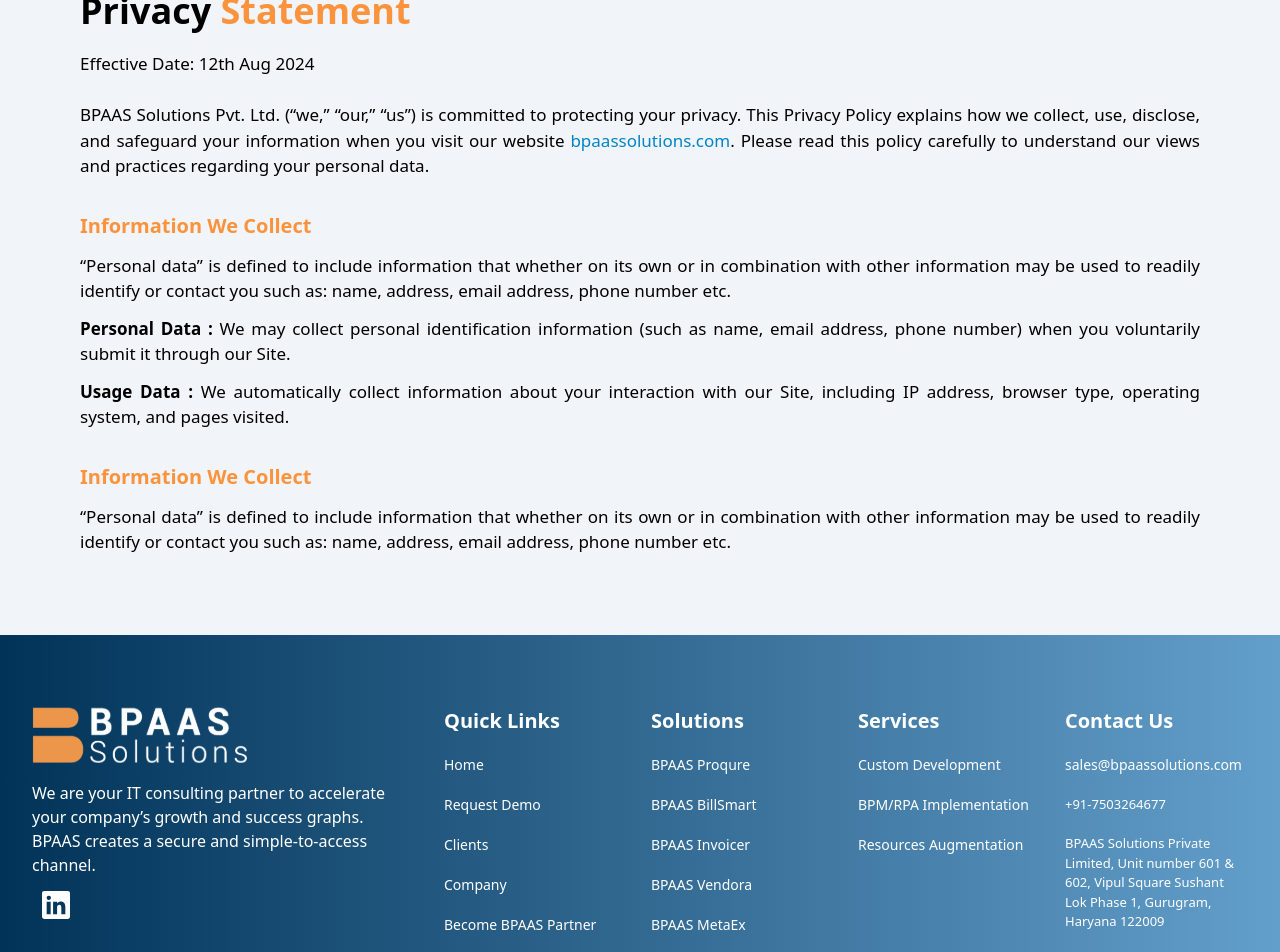
Repository: captainalpha/BP-Website
Page: /services/bp-services
The author's editor kept a copy of each file at every save. The page is drawn from the files as they stood at one save, then again after the next save.
The browser window is 1280 px wide. The pictures show the part of the page from y = 745 to 1697 px (the page is 1927 px tall).
The project was rebuilt for these pictures with package versions that can differ from the ones it lists, and the page was loaded fresh each time. The framework's server and built-in components were replaced by stand-ins that run in the browser. Also part of the build but not shown: next.config.js, components/common/TopBanner.js, components/common/SectionHeader.js.

Above is the page before, as saved 2024-08-13 15:30:45.

### pages/_app.js
import Navbar from "../components/common/Navbar";
import "../styles/globals.css";
import Footer from "../components/common/Footer";

import "swiper/css";
import "swiper/css/navigation";
import "swiper/css/pagination";



import { motion, AnimatePresence } from "framer-motion";
import CookiesMain from "../components/common/CookiesMain";

// import styles from './slider.module.scss'
function MyApp({ Component, pageProps, router }) {
  const spring = {
    type: "spring",
    damping: 20,
    stiffness: 100,
    when: "afterChildren",
  };
  return (
    <>
      <div className="z-50 scroll-smooth">
        <Navbar />
      </div>
      <AnimatePresence>
        <div className="page-transition-wrapper">
          <motion.div
            transition={spring}
            key={router.pathname}
            initial={{ y: -300, opacity: 0 }}
            animate={{ y: 0, opacity: 1 }}
            exit={{ y: 300, opacity: 0 }}
            id="page-transition-container"
          >
            <Component {...pageProps} /> <Footer />{" "}
            <CookiesMain/>
          </motion.div>
        </div>
      </AnimatePresence>
    </>
  );
}

export default MyApp;

### pages/services/bp-services.js
import TopBanner from "../../components/common/TopBanner";
import SectionHeader from "../../components/common/SectionHeader";
import TopBanner2 from "../../components/common/TopBanner2";
import Image from "next/image";
import Link from "next/link";

function BpServices() {
  return (
    <div>
      <div className="relative">
        <TopBanner2
          image={"/images/policy-service2.jpg"}
          title="Privacy Policy"
          discription="This Privacy Policy explains how we collect, use, disclose, and safeguard your information when you visit our website."
          btnShow={false}
        />
        <div className="absolute top-[1em] right-[10em]">
          <Image
            src="/images/privacypolicy2.png"
            className="w-1/2 mx-auto"
            width="500"
            height="500"
            alt="customer-developement"
          />
        </div>
      </div>

      <div className=" bg-slate-100  p-[5em]">
        <div className="container mx-auto max-w-6xl">
          <div className="text-left">
            <h1 className="lg:text-4xl text-3xl font-bold capitalize ">
              <span>Privacy</span>{" "}
              <span className="text-[#fb923c]">Statement</span>
            </h1>
          </div>
          <div className="mt-5">
            <p className="text-[17px] text-justify">
              Effective Date: 12th Aug 2024 <br />
              <br /> BPAAS Solutions Pvt. Ltd. (&ldquo;we,&rdquo;
              &ldquo;our,&rdquo; &ldquo;us&rdquo;) is committed to protecting
              your privacy. This Privacy Policy explains how we collect, use,
              disclose, and safeguard your information when you visit our
              website&nbsp;
              <Link passHref href="/">
                <a className="text-sky-600 hover:text-[#fb923c]">
                  bpaassolutions.com
                </a>
              </Link>
              . Please read this policy carefully to understand our views and
              practices regarding your personal data.
            </p>
          </div>
          <div className="mt-[2em]">
            <h1 className="text-[20px] font-bold text-[#fb923c]">
              Information We Collect
            </h1>
            <p className="text-[17px] text-justify mt-3">
              &ldquo;Personal data&rdquo; is defined to include information that
              whether on its own or in combination with other information may be
              used to readily identify or contact you such as: name, address,
              email address, phone number etc.
            </p>
            <p className="text-[17px] text-justify mt-3">
              <b>Personal Data :</b> We may collect personal identification information
              (such as name, email address, phone number) when you voluntarily
              submit it through our Site.
            </p>
            <p className="text-[17px] text-justify mt-3">
              <b>Usage Data :</b> We automatically collect
              information about your interaction with our Site, including IP
              address, browser type, operating system, and pages visited.
            </p>
          </div>

          <div className="mt-[2em]">
            <h1 className="text-[20px] font-bold text-[#fb923c]">
              Information We Collect
            </h1>
            <p className="text-[17px] text-justify mt-3">
              &ldquo;Personal data&rdquo; is defined to include information that
              whether on its own or in combination with other information may be
              used to readily identify or contact you such as: name, address,
              email address, phone number etc.
            </p>
          </div>
        </div>
      </div>
    </div>
  );
}

export default BpServices;

### styles/globals.css
@tailwind base;
@tailwind components;
@tailwind utilities;

.mySwiper {
  padding: 0 3rem;
}
.swiper-button-next {
  color: white;
  font-size: 20px !important;
}
.swiper-button-prev {
  color: white;
  font-size: 20px !important;
}
.swiper-button-prev:after {
  color: white;
  font-size: 20px !important;
}
.swiper-button-next:after {
  color: white;
  font-size: 20px !important;
}
.container-bpaas{
  max-width: 1100px;
}

/* .swiper-button-prev {

  background-image: url("data:[embedded picture, 251 characters]");
} */
.swiper-button-prev:after {

  border: 2px solid white;
  border-radius: 30%;
  /* width: 25%; */
  background: #ec964c;
  padding: 20%;
}
/* .swiper-button-next {
  background-image: url("data:[embedded picture, 251 characters]");
} */
.swiper-button-next:after {

  border: 2px solid white;
  border-radius: 30%;
  /* width: 25%; */
  background: #ec964c;
  padding: 20%;
}

@media only screen and (max-width: 600px) {
  .swiper-button-next:after {
    display: none;
  }
}
@media only screen and (max-width: 600px) {
  .swiper-button-prev:after {
    display: none;
  }
}




/*OEM Modal */
@layer utilities {
  @keyframes modalOpen {
    0% {
      clip-path: polygon(0 0, 0 0, 0 100%, 0 100%);
      opacity: 0;
    }
    100% {
      clip-path: polygon(0 0, 100% 0, 100% 100%, 0 100%);
      opacity: 1;
    }
  }

  @keyframes modalClose {
    0% {
      clip-path: polygon(0 0, 100% 0, 100% 100%, 0 100%);
      opacity: 1;
    }
    100% {
      clip-path: polygon(50% 0, 50% 0, 50% 100%, 50% 100%);
      opacity: 0;
    }
  }

  .animate-modalOpen {
    animation: modalOpen 0.5s forwards;
  }

  .animate-modalClose {
    animation: modalClose 0.5s forwards;
  }

  .custom-aspect-ratio {
    box-shadow: rgba(149, 157, 165, 0.2) 0px 8px 24px;
    aspect-ratio: 3 / 2;
  }
}

### components/common/Footer.js
import Image from "next/image";
import Link from "next/link";

export default function Footer() {
  return (
    <footer className=" bg-gradient-to-r from-primary to-secondary text-white p-5 md:p-8">
      <div className="  py-10 ">
        <div className="lg:grid lg:grid-cols-9 gap-5">
          <div className="w-full  lg:col-span-3">
            <div className=" space-y-3">
              <div className="">
                <Image
                  alt=""
                  src={require("../../assets/bpass-logo-white.svg")}
                />
              </div>

              <p className="max-w-sm mt-4 ">
                We are your IT consulting partner to accelerate your company’s
                growth and success graphs. BPAAS creates a secure and
                simple-to-access channel.
              </p>

              <div className="flex mt-4 ">
                <a
                  href="https://www.linkedin.com/company/bpaas-solutions-pvt-ltd/"
                  className="mx-2 "
                  aria-label="Linkden"
                >
                  <svg className="w-8 h-8 fill-current" viewBox="0 0 512 512">
                    <path d="M444.17,32H70.28C49.85,32,32,46.7,32,66.89V441.61C32,461.91,49.85,480,70.28,480H444.06C464.6,480,480,461.79,480,441.61V66.89C480.12,46.7,464.6,32,444.17,32ZM170.87,405.43H106.69V205.88h64.18ZM141,175.54h-.46c-20.54,0-33.84-15.29-33.84-34.43,0-19.49,13.65-34.42,34.65-34.42s33.85,14.82,34.31,34.42C175.65,160.25,162.35,175.54,141,175.54ZM405.43,405.43H341.25V296.32c0-26.14-9.34-44-32.56-44-17.74,0-28.24,12-32.91,23.69-1.75,4.2-2.22,9.92-2.22,15.76V405.43H209.38V205.88h64.18v27.77c9.34-13.3,23.93-32.44,57.88-32.44,42.13,0,74,27.77,74,87.64Z" />
                  </svg>
                </a>

                {/* <a href="/contact-us" className="mx-2 " aria-label="Facebook">
                  <svg className="w-4 h-4 fill-current" viewBox="0 0 512 512">
                    <path d="M455.27,32H56.73A24.74,24.74,0,0,0,32,56.73V455.27A24.74,24.74,0,0,0,56.73,480H256V304H202.45V240H256V189c0-57.86,40.13-89.36,91.82-89.36,24.73,0,51.33,1.86,57.51,2.68v60.43H364.15c-28.12,0-33.48,13.3-33.48,32.9V240h67l-8.75,64H330.67V480h124.6A24.74,24.74,0,0,0,480,455.27V56.73A24.74,24.74,0,0,0,455.27,32Z" />
                  </svg>
                </a>

                <a href="/contact-us" className="mx-2 " aria-label="Twitter">
                  <svg className="w-4 h-4 fill-current" viewBox="0 0 512 512">
                    <path d="M496,109.5a201.8,201.8,0,0,1-56.55,15.3,97.51,97.51,0,0,0,43.33-53.6,197.74,197.74,0,0,1-62.56,23.5A99.14,99.14,0,0,0,348.31,64c-54.42,0-98.46,43.4-98.46,96.9a93.21,93.21,0,0,0,2.54,22.1,280.7,280.7,0,0,1-203-101.3A95.69,95.69,0,0,0,36,130.4C36,164,53.53,193.7,80,211.1A97.5,97.5,0,0,1,35.22,199v1.2c0,47,34,86.1,79,95a100.76,100.76,0,0,1-25.94,3.4,94.38,94.38,0,0,1-18.51-1.8c12.51,38.5,48.92,66.5,92.05,67.3A199.59,199.59,0,0,1,39.5,405.6,203,203,0,0,1,16,404.2,278.68,278.68,0,0,0,166.74,448c181.36,0,280.44-147.7,280.44-275.8,0-4.2-.11-8.4-.31-12.5A198.48,198.48,0,0,0,496,109.5Z" />
                  </svg>
                </a> */}
              </div>
            </div>
          </div>

          <div className="mt-6 lg:mt-0 lg:flex-1 lg:col-span-6">
            <div className="grid grid-cols-2 gap-6 sm:grid-cols-3 md:grid-cols-4">
              <div className="space-y-5">
                <h3 className="text-xl font-bold ">Quick Links</h3>
                <Link passHref href="/">
                  <a className="block  text-sm  hover:underline hover:text-orange">
                    Home
                  </a>
                </Link>

                <Link passHref href="/request-demo">
                  <a className="block  text-sm  hover:underline hover:text-orange">
                    Request Demo
                  </a>
                </Link>
                <Link passHref href="/clients">
                  <a className="block  text-sm  hover:underline hover:text-orange">
                    Clients
                  </a>
                </Link>
                <Link passHref href="/about-us">
                  <a className="block  text-sm  hover:underline hover:text-orange">
                    Company
                  </a>
                </Link>
                <Link passHref href="/become-partner">
                  <a className="block  text-sm  hover:underline hover:text-orange">
                    Become BPAAS Partner
                  </a>
                </Link>
                <Link passHref href="/contact-us">
                  <a className="block  text-sm  hover:underline hover:text-orange">
                    Contact Us
                  </a>
                </Link>
              </div>

              <div className="space-y-5">
                <h3 className="text-xl font-bold">Solutions</h3>
                <Link passHref href="/solutions/bpaas-proqure">
                  <a className="block  text-sm  hover:underline hover:text-orange">
                    BPAAS Proqure
                  </a>
                </Link>
                <Link passHref href="/solutions/bpaas-billsmart">
                  <a className="block  text-sm  hover:underline hover:text-orange">
                    BPAAS BillSmart
                  </a>
                </Link>
                <Link passHref href="/solutions/bpaas-invoicer">
                  <a className="block  text-sm  hover:underline hover:text-orange">
                    BPAAS Invoicer
                  </a>
                </Link>
                <Link passHref href="/solutions/bpaas-vendora">
                  <a className="block  text-sm  hover:underline hover:text-orange">
                    BPAAS Vendora
                  </a>
                </Link>
                {/* <Link passHref href="/solutions/bpaas-smartex">
                  <a className="block  text-sm  hover:underline hover:text-orange">
                    BPAAS SmartEx
                  </a>
                </Link> */}
                <a
                  className="block  text-sm  hover:underline hover:text-orange"
                  href="https://metasolve.io/"
                  target="_blank"
                  rel="noreferrer"
                >
                  BPAAS MetaEx
                </a>
                <Link passHref href="/solutions/bpaas-pospro">
                  <a className="block  text-sm  hover:underline hover:text-orange">
                    BPAAS PosPro
                  </a>
                </Link>
              </div>

              <div className="space-y-5">
                <h3 className=" text-xl font-bold  ">Services</h3>

                <Link passHref href="/services/custom-development">
                  <a className="block  text-sm  hover:underline hover:text-orange">
                    Custom Development
                  </a>
                </Link>
                <Link passHref href="/services/bpm-rpa-implementation">
                  <a className="block  text-sm  hover:underline hover:text-orange">
                    BPM/RPA Implementation
                  </a>
                </Link>
                <Link passHref href="/services/resource-augmentation">
                  <a className="block  text-sm  hover:underline hover:text-orange">
                    Resources Augmentation
                  </a>
                </Link>
              </div>

              <div className="space-y-5">
                <h3 className=" text-xl font-bold ">Contact Us</h3>
                {/* <span className="block  text-sm  hover:underline hover:text-orange">
                  abhishek.kumar@bpaassolutions.com
                </span> */}
                <span className="block  text-sm  hover:underline hover:text-orange">
                  sales@bpaassolutions.com
                </span>
                <span className="block  text-[13px]  hover:underline hover:text-orange">
                  +91-7503264677
                </span>
                <span className="block  text-[13px]  hover:underline hover:text-orange">
                  BPAAS Solutions Private Limited, Unit number 601 & 602, Vipul
                  Square Sushant Lok Phase 1, Gurugram, Haryana 122009
                </span>
                <input
                  className="block p-1 outline-none border text-black w-full"
                  placeholder="Enter Email...."
                />
                <button className="text-sm bg-orange px-2 py-1 w-full">
                  Submit
                </button>
              </div>
            </div>
          </div>
        </div>
      </div>
      <hr className="h-1 w-full my-6 bg-gray-300 border-none " />

      <div className="flex justify-between">
        <div>
          <p className="text-center text-white">
            Copyright © 2024 BPAAS Solutions Pvt. Ltd. | All Rights Reserved
          </p>
        </div>
        <div>
          <Link passHref href="/services/bp-services">
            <a className="block  text-sm  hover:underline hover:text-orange">
            Privacy Policy
            </a>
          </Link>
        </div>
      </div>
    </footer>
  );
}

### components/common/CookiesMain.js
import { useState, useEffect } from 'react';
import Cookies from 'js-cookie';


const CookiesMain = () => {
    const [showBanner, setShowBanner] = useState(false);

  useEffect(() => {
    const consent = Cookies.get('cookie-consent');
    if (!consent) {
      setShowBanner(true);
    }
  }, []);

  const acceptCookies = () => {
    Cookies.set('cookie-consent', 'true', { expires: 365 });
    setShowBanner(false);
  };

  if (!showBanner) return null;
  return (
    <>

    <div className="fixed bottom-0 left-0 right-0 bg-gray-800 text-white p-4 flex justify-between items-center z-50">
      <span>We use cookies to improve your experience. By using our website, you agree to our cookie policy.</span>
      <button
        onClick={acceptCookies}
        className="bg-orange text-white px-4 md:px-10 py-2"
      >
        Accept
      </button>
    </div>

    </>
  )
}
export default CookiesMain

### components/common/TopBanner2.js
import Link from "next/link";
function TopBanner2({ image, title, discription, onClick,btnShow}) {
  return (
    <div
      style={{ backgroundImage: `url(${image})` }}
      className={`lg:h-[80vh] h-[60vh] mt-20 w-full text-white flex p-10 items-center bg-no-repeat bg-cover `}
    >
      <div className="space-y-4 lg:w-1/2  md:text-left">
        <h1 className="lg:text-5xl text-3xl font-bold capitalize ">{title}</h1>
        <p className="w-full lg:text-xl lg:text-justify tracking-tighter">
          {discription}
        </p>
    {btnShow&&(
        <Link passHref href="/request-demo">
          <button className="px-8 py-2  border-white border-2 hover:bg-orange font-medium text-xl">
            Request Demo
          </button>
        </Link>
    )}
      </div>
    </div>
  );
}

export default TopBanner2;

### tailwind.config.js
module.exports = {
  content: [
    "./pages/**/*.{js,ts,jsx,tsx}",
    "./components/**/*.{js,ts,jsx,tsx}",
  ],
  theme: {
    extend: {
      keyframes: {
        modalOpen: {
          '0%': { transform: 'scale(0)', opacity: 0 },
          '100%': { transform: 'scale(1)', opacity: 1 },
        },
        modalClose: {
          '0%': { transform: 'scale(1)', opacity: 1 },

        },
        fragmentIn: {
          '0%': { opacity: 0, transform: 'translate(-50px, -50px)' },
          '100%': { opacity: 1, transform: 'translate(0, 0)' },
        },
        fragmentOut: {
          '0%': { opacity: 1, transform: 'translate(0, 0)' },
          '100%': { opacity: 0, transform: 'translate(50px, 50px)' },
        },

      },
      animation: {
        modalOpen: 'modalOpen 0.5s ease-out forwards',
        modalClose: 'modalClose 0.5s ease-in forwards',
        fragmentIn: 'fragmentIn 0.5s ease-out forwards',
        fragmentOut: 'fragmentOut 0.5s ease-in forwards',
      },
      backgroundImage: {
        "testimonial-bg": "url('/img/hero-pattern.svg')",
        "testimonial-bgs": "url('/')",
      },
      colors: {
        primary: "#013358",
        secondary: "#639FCB",
        primaryText: "#1D669C",
        orange: "#EC964C",
        glassEffect:
          "linear-gradient(105.47deg, #FFFFFF -13.63%, rgba(255, 255, 255, 0) 108.8%)",
      },
      backgroundSize: {
        "size-200": "200% 200%",
      },
      backgroundPosition: {
        "pos-0": "0% 0%",
        "pos-100": "100% 100%",
      },
    },
    variants: {
      fill: ["hover", "focus"],
    },
    boxShadow: {
      "3xl": "0 35px 60px -15px rgba(0, 0, 0, 0.3)",
    },
  },
  plugins: [],
};

Loaded but not shown: components/common/Navbar.js (726 lines, source omitted)

After the next save:
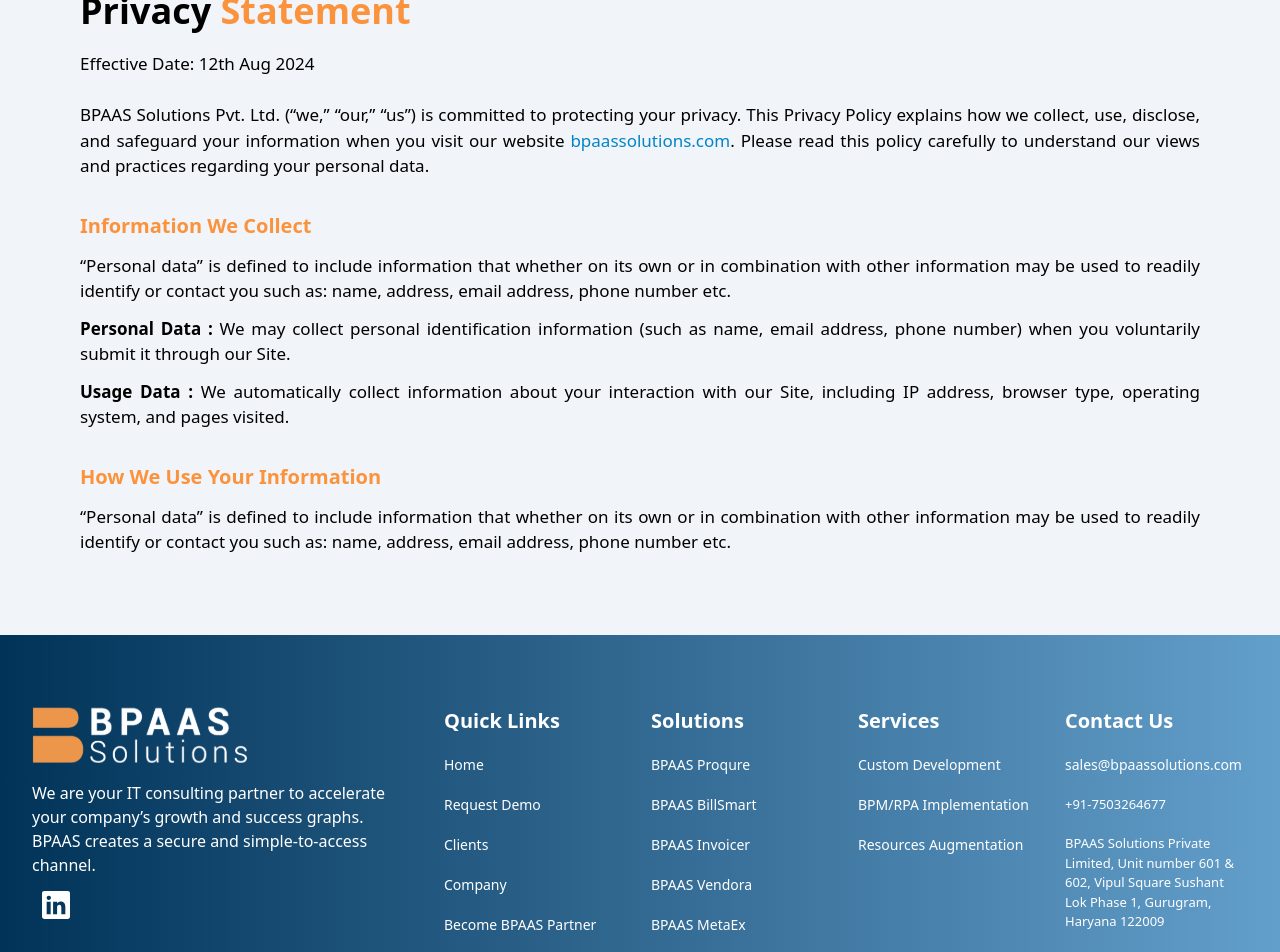
Saved 26 s later.
--- a/pages/services/bp-services.js
+++ b/pages/services/bp-services.js
@@ -74,7 +74,7 @@
 
           <div className="mt-[2em]">
             <h1 className="text-[20px] font-bold text-[#fb923c]">
-              Information We Collect
+            How We Use Your Information
             </h1>
             <p className="text-[17px] text-justify mt-3">
               &ldquo;Personal data&rdquo; is defined to include information that
